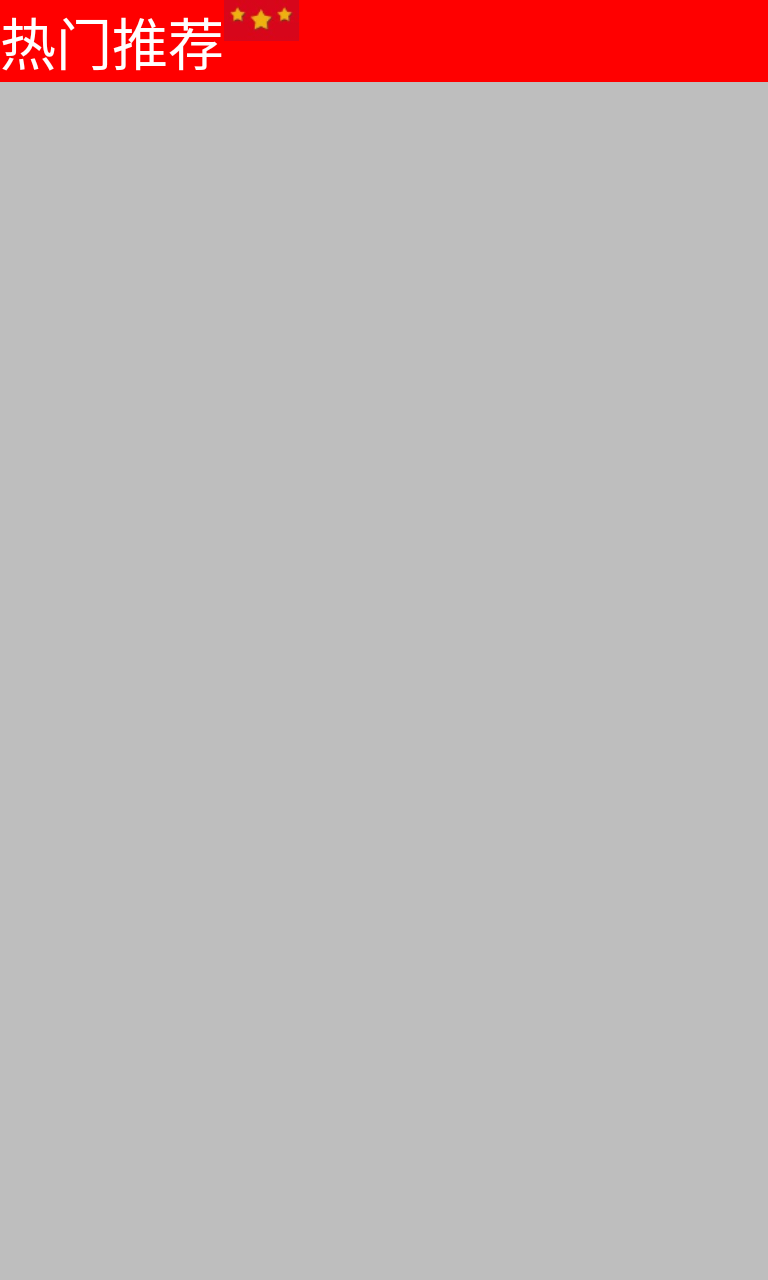
Repository: hhxiaojQCS/QCS_ListView
Layout: QCS/res/layout/activity_toprecommended.xml
The author's editor kept a copy of each file at every save. The layout is drawn from the files as they stood at one save, then again after a run of saves.
It is drawn on a 768 x 1280 px phone screen (xhdpi) without system bars, with theme AppTheme; the app's code is not run. Lists and similar views that code fills are empty.

Above is the layout before, as saved 2013-08-07 06:42:49.

After the next 2 saves:
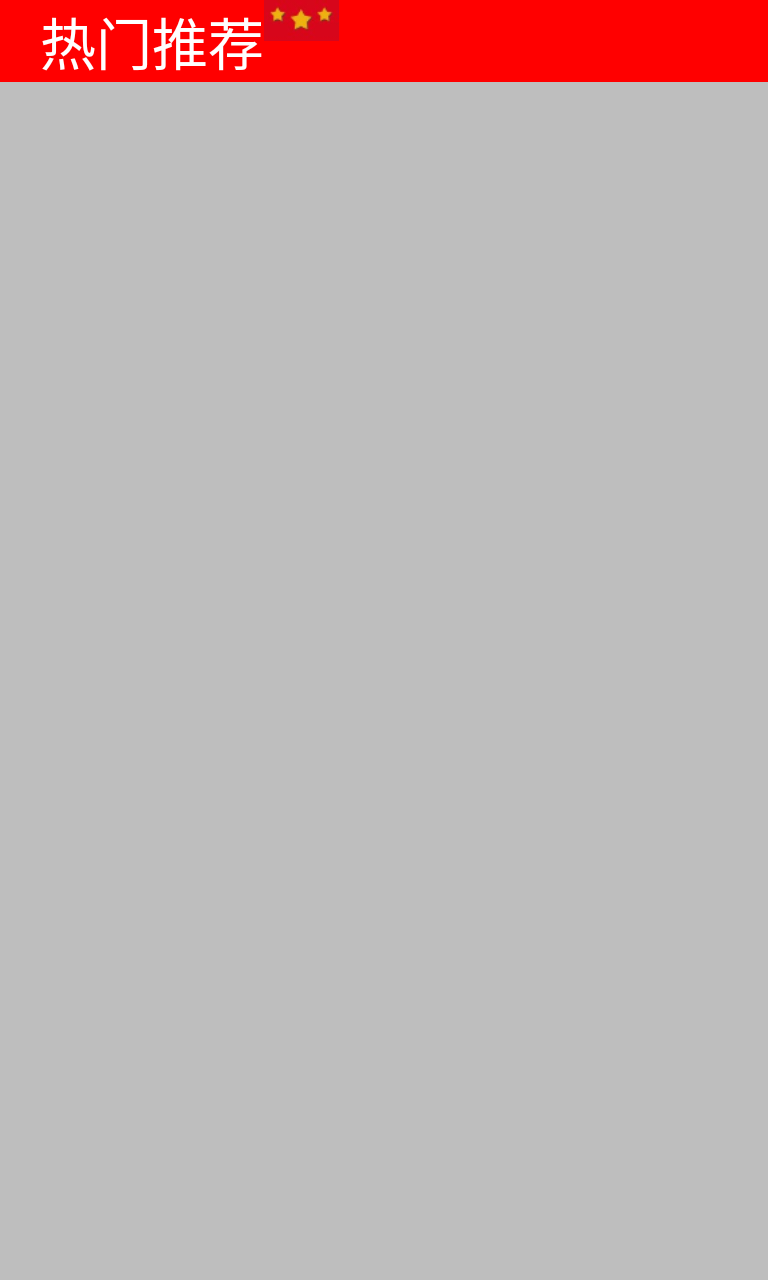
The 2 saves are shown as one change because they came seconds apart.
The last was saved 18 s later.
--- a/QCS/res/layout/activity_toprecommended.xml
+++ b/QCS/res/layout/activity_toprecommended.xml
@@ -11,7 +11,7 @@
         android:layout_height="wrap_content"
         android:background="#FF0000"
         android:gravity="left"
-        android:android:paddingLeft="20dip"
+        android:paddingLeft="20dip"
         android:orientation="horizontal" >
 
         <TextView
